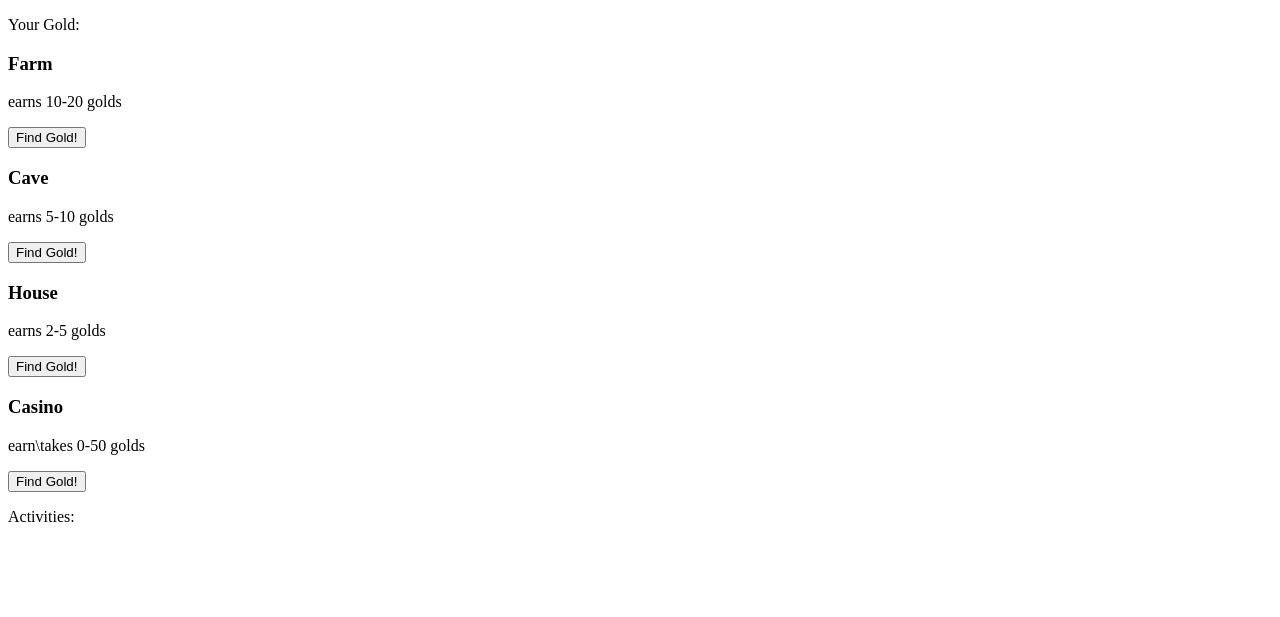
Repository: bvnger/Ninja_gold_flask
Page: http://localhost/
The author's editor kept a copy of each file at every save. The page is drawn from the files as they stood at one save, then again after the next save.
The browser window is 1280 px wide. The pictures show the whole page.
The page is served by the project's application, run on Flask 3 (server.py).

Above is the page before, as saved 2019-11-04 12:53:24.

### templates/index.html
<!DOCTYPE html>
<html lang="en">
<head>
    <meta charset="UTF-8">
    <meta name="viewport" content="width=device-width, initial-scale=1.0">
    <meta http-equiv="X-UA-Compatible" content="ie=edge">
    <title>Document</title>
</head>
<body>
    <div class ="container" action ="/process">
        <div class ="top">
        <p>Your Gold: {{session['gold']}}

        </div>
        <div class ="mid">
<form class="farm">
    <h3>Farm</h3>
    <p>earns 10-20 golds</p>
    <input type="hidden" name="building"  value="farm"></input>
    <button type="submit">Find Gold!</button>
</form>
<form class="Cave">
    <h3>Cave</h3>
    <p>earns 5-10 golds</p>
    <input type="hidden" name="building"  value="cave"></input>
    <button type="submit">Find Gold!</button>
</form>
<form class="House">
    <h3>House</h3>
    <p>earns 2-5 golds</p>
    <input type="hidden" name="building"  value="house"></input>
    <button type="submit">Find Gold!</button>
</form>
<form class="Casino">
    <h3>Casino</h3>
    <p>earn\takes 0-50 golds</p>
    <input type="hidden" name="building"  value="casino"></input>
    <button type="submit">Find Gold!</button>
</form>
        </div>
        <div class ="bot">
            <p>Activities:</p>
            <!-- <textarea> -->
                <table>
                    <td>
                        {{activities}}
                    </td>
                </table>
            <!-- </textarea> -->

        </div>
    </div>

</body>
</html>

### server.py
from flask import Flask, render_template, request, redirect, session
from datetime import datetime
import random
app = Flask(__name__)
app.secret_key="qwertyuiop"

@app.route('/')
def hello_world():
    session={}
    gold ="gold"
    if request.method =="GET":
        if gold not in session:
            session["gold"]= 0
        if "counter" not in session:
            session["counter"]=0
        if "activities" not in session:
            session["activities"]=[]
            gold == session
    return render_template("index.html")

@app.route("/process", methods=["POST"])

def processgold():
    date_time = datetime.now()
    if request.method == "POST":
        if request.POST["building"] == "farm":
            place = "farm"
            gold = random.randint(10,20)
            request.session['gold']+= gold
            request.session['counter'] += 1
            message = f"You have visited {place} and gained {gold} gold! {date_time}"
            request.session['activities'].insert(0,message)
            return redirect('/')
    if request.method == "POST":
        if request.POST["building"] == "cave":
            place =  "cave"
            gold = random.randint(5,10)
            request.session['gold']+= gold
            request.session['counter'] += 1
            message = f"You have visited {place} and gained {gold} gold! {date_time}"
            request.session['activities'].insert(0,message)
            return redirect('/')
    if request.method == "POST":
        if request.POST["building"] == "house":
            place = "house"
            gold =random.randint(2,5)
            request.session['gold']+= gold
            request.session['counter'] += 1
            message = f"You have visited {place} and gained {gold} gold! {date_time}"
            request.session['activities'].insert(0,message)
            return redirect('/')
    if request.method == "POST":
        if request.POST["building"] == "casino":
            place = "casino"
            gold = random.randint(0,100) -50
            request.session['gold']+= gold
            request.session['counter'] += 1
            message = f"You have visited {place} and gained {gold} gold! {date_time}"
            request.session['activities'].insert(0,message)
            return redirect('/')
        return redirect('/')


if __name__=="__main__":
    app.run(debug=True)

After the next save:
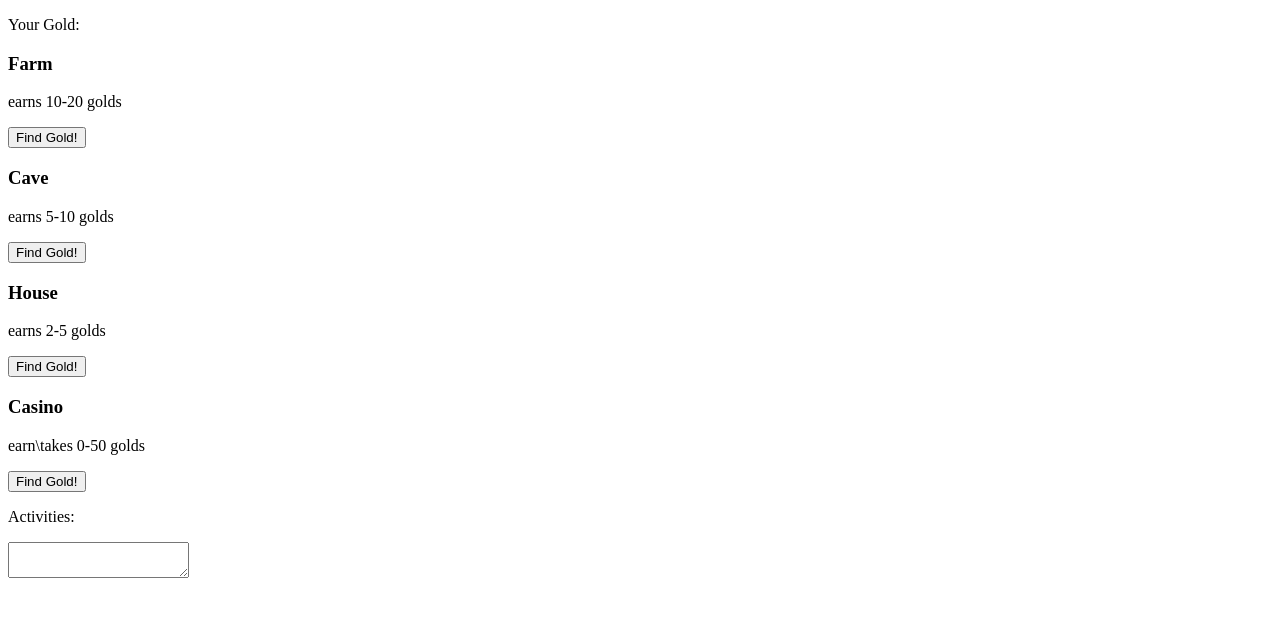
Saved 45 s later.
--- a/templates/index.html
+++ b/templates/index.html
@@ -40,13 +40,9 @@
         </div>
         <div class ="bot">
             <p>Activities:</p>
-            <!-- <textarea> -->
-                <table>
-                    <td>
+            <textarea>
                         {{activities}}
-                    </td>
-                </table>
-            <!-- </textarea> -->
+            </textarea>
 
         </div>
     </div>
